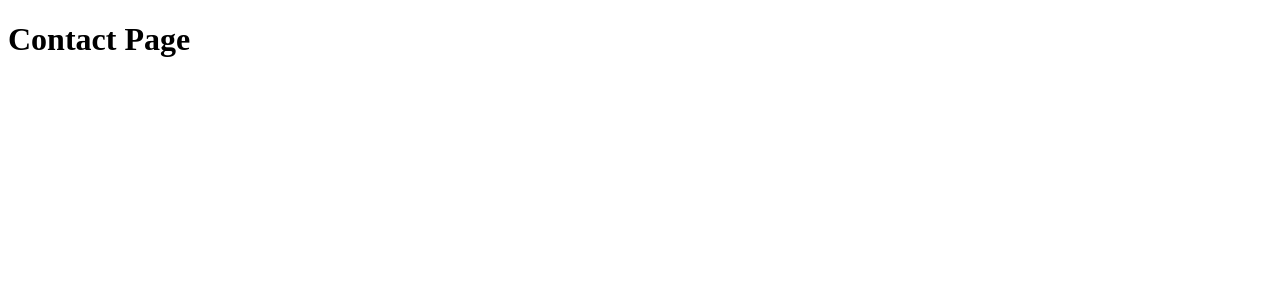
Repository: maianhbao9796/git_tutorial
Page: contact.html
An editor plug-in stored every save of this project. The page is shown before and after the next save, followed by the edit.
The browser window is 1280 px wide. The pictures show the whole page.

Above is the page before, as saved 2023-02-17 11:22:48.

After the next save:
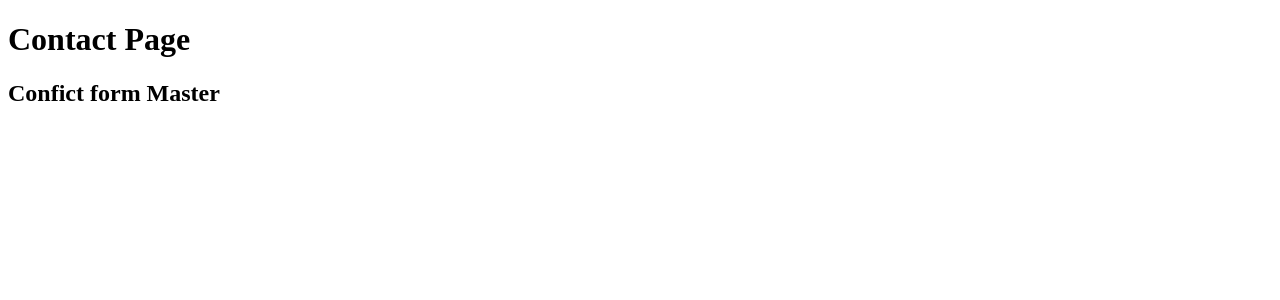
Saved 9 min 16 s later.
--- a/contact.html
+++ b/contact.html
@@ -8,5 +8,6 @@
 </head>
 <body>
     <h1>Contact Page</h1>
+    <h2>Confict form Master</h2>
 </body>
 </html>

After the save that followed:
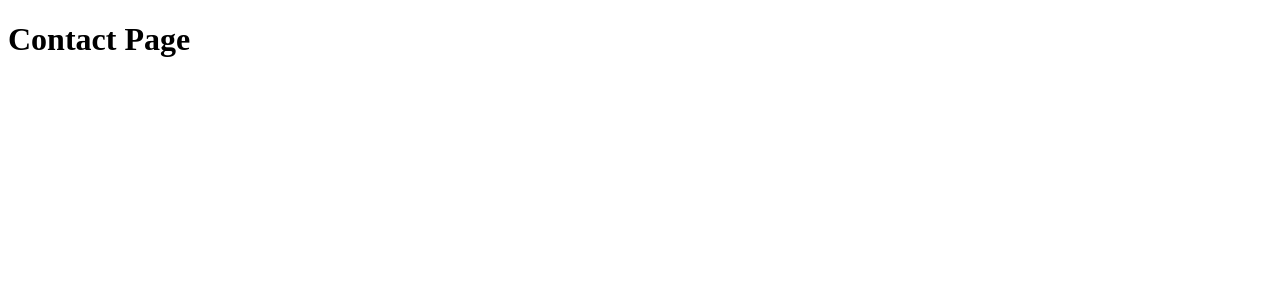
Saved 53 s later.
--- a/contact.html
+++ b/contact.html
@@ -8,6 +8,5 @@
 </head>
 <body>
     <h1>Contact Page</h1>
-    <h2>Confict form Master</h2>
 </body>
 </html>
